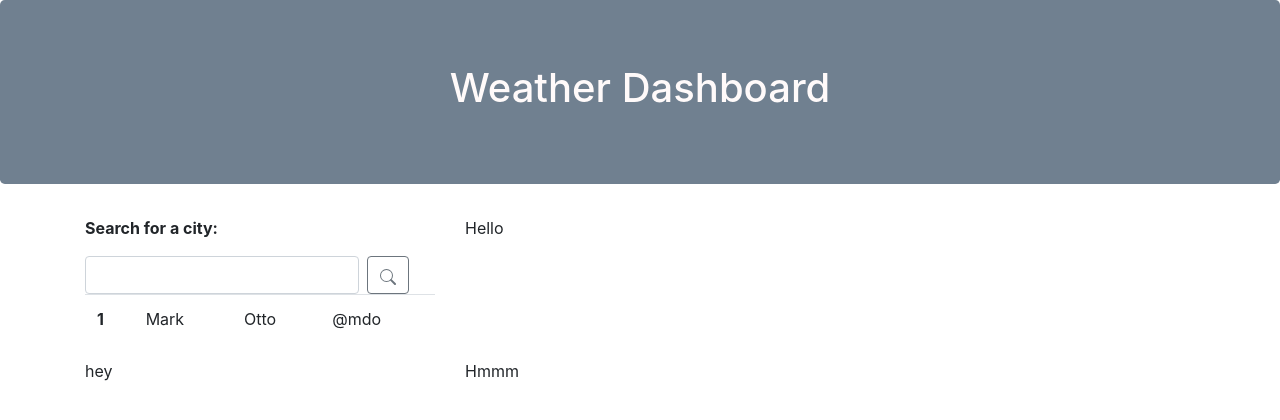
Repository: himaja830/Weather-Dashboard
Page: index.html
The author's editor kept a copy of each file at every save. The page is drawn from the files as they stood at one save, then again after the next save.
The browser window is 1280 px wide. The pictures show the whole page.

Above is the page before, as saved 2020-06-27 11:18:51.

After the next save:
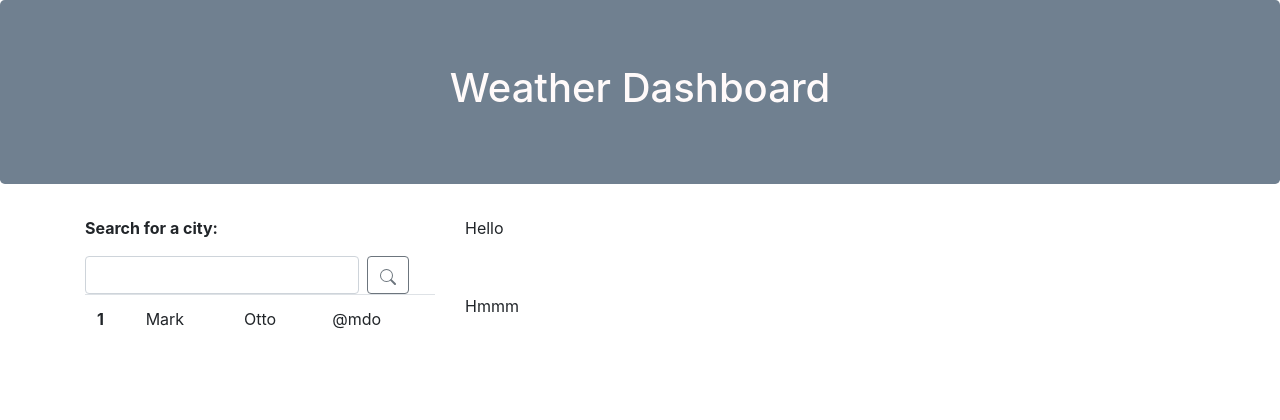
Saved 83 s later.
--- a/index.html
+++ b/index.html
@@ -24,21 +24,20 @@
                   </svg>
                 </button>
               </form>
-              <div>
-                <table class="table">
-                    <tbody>
-                        <tr>
-                          <th scope="row">1</th>
-                          <td>Mark</td>
-                          <td>Otto</td>
-                          <td>@mdo</td>
-                        </tr>
-                    </tbody>
-                </table>
-              </div>
             </div>
             <div class="col-6">Hello</div>
-            <div class="col-4">hey</div>
+            <div class="col-4">
+                <table class="table">
+                <tbody>
+                    <tr>
+                      <th scope="row">1</th>
+                      <td>Mark</td>
+                      <td>Otto</td>
+                      <td>@mdo</td>
+                    </tr>
+                </tbody>
+                </table>
+            </div>
             <div class="col-6">Hmmm</div>
         </div>
     </div>
